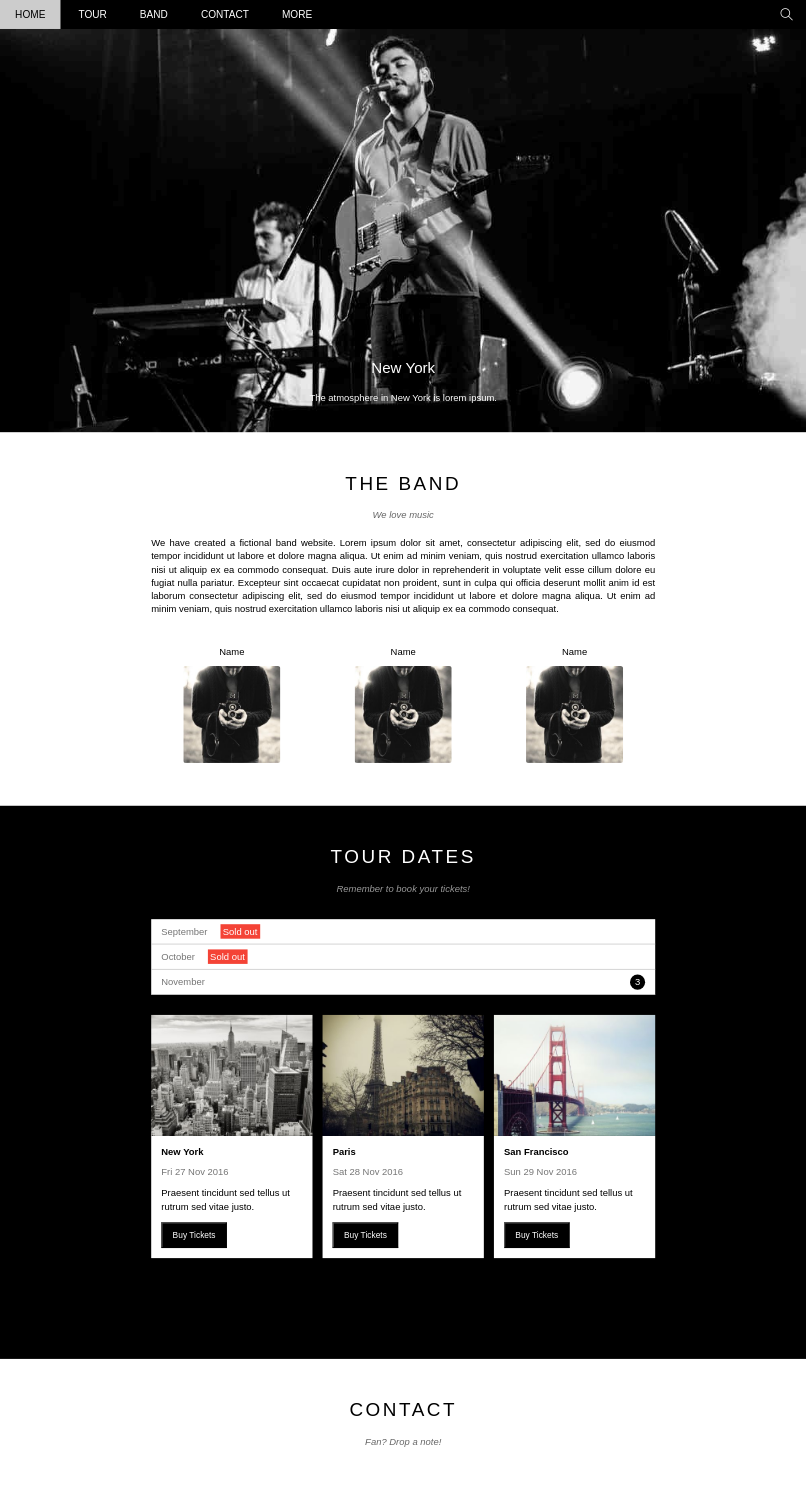
Repository: duyhung0311/band_music
Page: index.html
The author's editor kept a copy of each file at every save. The page is drawn from the files as they stood at one save, then again after the next save.
The browser window is 1280 px wide. The pictures show the whole page, at 63% of full size.

Above is the page before, as saved 2021-08-15 11:50:44.

### index.html
<!DOCTYPE html>
<html lang="en">
  <head>
    <meta charset="UTF-8" />
    <meta http-equiv="X-UA-Compatible" content="IE=edge" />
    <meta name="viewport" content="width=device-width, initial-scale=1.0" />
    <title>Document</title>
    <link rel="stylesheet" href="assets/css/style.css" />
    <link
      rel="stylesheet"
      href="./assets/fonts/themify-icons/themify-icons.css"
    />
  </head>
  <body>
    <div id="main">
      <div id="header">
        <!--#ul>li*5>a  -->
        <!-- Begin : Nav -->
        <ul id="nav">
          <li><a href="">Home</a></li>
          <li><a href="">Tour</a></li>
          <li><a href="">Band</a></li>
          <li><a href="">Contact</a></li>
          <li>
            <a href="">
              More
              <i class="nav-arrow-down ti-angle-dow"></i>
            </a>
            <ul class="subnav">
              <li><a href="">Merchandise</a></li>
              <li><a href="">Extras</a></li>
              <li><a href="">Media</a></li>
            </ul>
          </li>
        </ul>
        <!-- End : Nav -->

        <!-- Begin :Search button -->
        <div class="search-btn">
          <i class="search-icon ti-search"></i>
        </div>
        <!-- End :Search button -->
      </div>

      <div id="slider">
        <div class="text-content">
          <h2 class="text-heading">New York</h2>
          <div class="text-description">
            The atmosphere in New York is lorem ipsum.
          </div>
        </div>
      </div>

      <div id="content">
        <!-- About section -->
        <div class="content-section">
          <h2 class="section-heading">THE BAND</h2>
          <p class="section-sub-heading">We love music</p>
          <p class="about-content">
            We have created a fictional band website. Lorem ipsum dolor sit
            amet, consectetur adipiscing elit, sed do eiusmod tempor incididunt
            ut labore et dolore magna aliqua. Ut enim ad minim veniam, quis
            nostrud exercitation ullamco laboris nisi ut aliquip ex ea commodo
            consequat. Duis aute irure dolor in reprehenderit in voluptate velit
            esse cillum dolore eu fugiat nulla pariatur. Excepteur sint occaecat
            cupidatat non proident, sunt in culpa qui officia deserunt mollit
            anim id est laborum consectetur adipiscing elit, sed do eiusmod
            tempor incididunt ut labore et dolore magna aliqua. Ut enim ad minim
            veniam, quis nostrud exercitation ullamco laboris nisi ut aliquip ex
            ea commodo consequat.
          </p>

          <div class="row members-list">
            <div class="col col-third member-item">
              <p class="member-name">Name</p>
              <img
                src="./assets/img/ban/member1.jpg"
                alt=""
                class="member-avatar"
              />
            </div>

            <div class="col col-third member-item">
              <p class="member-name">Name</p>
              <img
                src="./assets/img/ban/member1.jpg"
                alt=""
                class="member-avatar"
              />
            </div>

            <div class="col col-third member-item">
              <p class="member-name">Name</p>
              <img
                src="./assets/img/ban/member1.jpg"
                alt=""
                class="member-avatar"
              />
            </div>

            <div class="clear"></div>
          </div>
        </div>

        <!-- Tour section -->
        <div class="tour-section">
          <div class="content-section">
            <h2 class="section-heading text-white">TOUR DATES</h2>
            <p class="section-sub-heading text-white">
              Remember to book your tickets!
            </p>

            <!-- Ticket list -->
            <ul class="ticket-list">
              <li>September <span class="sold-out">Sold out</span></li>
              <li>October <span class="sold-out">Sold out</span></li>
              <li>November <span class="quantity">3</span></li>
            </ul>

            <!-- Place list -->
            <div class="row places-list">
              <div class="col col-third">
                <img
                  src="./assets//img/place/place1.jpg"
                  alt="New York"
                  class="place-img"
                />
                <div class="place-body">
                  <h3 class="place-heading">New York</h3>
                  <p class="place-time">Fri 27 Nov 2016</p>
                  <p class="place-description">
                    Praesent tincidunt sed tellus ut rutrum sed vitae justo.
                  </p>
                  <button class="place-buy-btn js-buy-ticket">
                    Buy Tickets
                  </button>
                </div>
              </div>

              <div class="col col-third">
                <img
                  src="./assets//img/place/place2.jpg"
                  alt="Paris"
                  class="place-img"
                />
                <div class="place-body">
                  <h3 class="place-heading">Paris</h3>
                  <p class="place-time">Sat 28 Nov 2016</p>
                  <p class="place-description">
                    Praesent tincidunt sed tellus ut rutrum sed vitae justo.
                  </p>
                  <button class="place-buy-btn js-buy-ticket">
                    Buy Tickets
                  </button>
                </div>
              </div>
              <div class="col col-third">
                <img
                  src="./assets//img/place/place3.jpg"
                  alt="San Francisco"
                  class="place-img"
                />
                <div class="place-body">
                  <h3 class="place-heading">San Francisco</h3>
                  <p class="place-time">Sun 29 Nov 2016</p>
                  <p class="place-description">
                    Praesent tincidunt sed tellus ut rutrum sed vitae justo.
                  </p>
                  <button class="place-buy-btn js-buy-ticket">
                    Buy Tickets
                  </button>
                </div>
              </div>
              <div class="clear"></div>
            </div>
          </div>
        </div>

        <!-- Tour section -->
        <div class="content-section">
          <h2 class="section-heading">CONTACT</h2>
          <p class="section-sub-heading">Fan? Drop a note!</p>
        </div>
      </div>

      <div id="footer"></div>
    </div>
    <div class="modal js-modal">
      <div class="modal-container js-modal-container">
        <div class="modal-close js-modal-close">
          <i class="ti-close"></i>
        </div>
        <header class="modal-header">
          <i class="modal-heading-icon ti-bag"></i>
          Tickets
        </header>
        <div class="modal-body">
          <label for="ticket-quantity" class="modal-label">
            <i class="ti-shopping-cart"></i>
            Tickets, $15 per person
          </label>
          <input
            id="quantity"
            type="text"
            placeholder="How many?"
            class="modal-input"
          />

          <label for="email" class="modal-label">
            <i class="ti-user"></i>
            Send To
          </label>
          <input
            id="email"
            type="text"
            placeholder="Email"
            class="modal-input"
          />
          <button id="buy-tickets">Pay <i class="ti-check"></i></button>
        </div>
        <footer class="modal-footer">
          <p class="modal-help">Need <a href="">help?</a></p>
        </footer>
      </div>
    </div>
    <script>
      const buyBtns = document.querySelectorAll(".js-buy-ticket");
      const modal = document.querySelector(".modal");
      const modalClose = document.querySelector(".js-modal-close");
      const modalContainer = document.querySelector(".js-modal-container");
      // Hàm hiển thị modal
      function showBuyTickets() {
        modal.classList.add("open");
      }
      // Hàm ẩn đi modal mua vé
      function showCloseTickets() {
        modal.classList.remove("open");
      }
      for (const buyBtn of buyBtns) {
        buyBtn.addEventListener("click", showBuyTickets);
      }
      modalClose.addEventListener("click", showCloseTickets);
      modal.addEventListener("click", showCloseTickets);
      modalContainer.addEventListener("click", function (event) {
        event.stopPropagation();
      });
    </script>
  </body>
</html>

### assets/css/style.css
/*Reset CSS*/
* {
  padding: 0;
  margin: 0;
  box-sizing: border-box;
}
html {
  font-family: Arial, Helvetica, sans-serif;
}
/*
    1. Từ ngoài vào trong
    2. Từ trên xuống dưới
    3. Từ tổng quan đến chi tiết
*/
/*
    1. Vị trí
    2. Kích thước (width height)
    3. Màu sắc
    4. Kiểu dáng (kiểu chữ, hình tròn, vuông, ....)
*/
.clear{
    clear: both;
}

.text-white {
    color: #fff !important;
}

#main {
}
#header {
  position: fixed;
  top: 0;
  left: 0;
  right: 0;
  z-index: 1;
  height: 46px;
  background-color: #000;
}

#nav {
  display: inline-block;
}

/* cách bỏ dấu chấm đầu dòng của thằng ul */
#nav,
.subnav {
  list-style-type: none;
}

#nav > li {
  display: inline-block;
}
#nav li {
  /* inline là trên 1 hàng block giữ lại kích thước khối */
  position: relative;
}

#nav > li > a {
  color: #fff;
  text-transform: uppercase;
}

#nav li a {
  text-decoration: none;
  line-height: 46px;
  padding: 0 24px;
  display: block;
  /* inline k tính chiều cao và chiều rộng được */
}

#nav li:hover .subnav {
  display: block;
}

#nav > li:hover > a,
#nav .subnav li:hover a {
  color: #000;
  background-color: #ccc;
}

#nav .subnav {
  display: none;
  min-width: 160px;
  position: absolute;
  top: 100%;
  /* top = 100% là nó lấy chính chiều cao
    100% của chính nó */
  left: 0;
  background-color: #fff;
  box-shadow: 0 0 10px rgba(0, 0, 0, 0.3);
}

#nav .subnav a {
  color: #000;
  padding: 0 12px;
  line-height: 38px;
}

#nav .nav-arrow-down {
  font-size: 14px;
}

#header .search-btn {
  float: right;
  padding: 0 21px;
  cursor: pointer;
}

#header .search-btn:hover {
  background-color: #f44336;
}

#header .search-icon {
  color: #fff;
  font-size: 20px;
  line-height: 46px;
}

#slider {
    position: relative;
    margin-top: 46px;
    padding-top: 50%;
    background:url('./../img/slider/slider1.jpg') top center / cover no-repeat;
}
#slider .text-content   {
    position: absolute;
    bottom: 46px;
    left: 50%;
    color: #fff;
    transform: translateX(-50%);
    text-align: center;
}

#slider .text-heading   {
    font-weight: 500;
    font-size: 24px;
}

#slider .text-description   {
    font-size: 15px;
    margin-top: 25px;
}

#content {

}

#content .content-section{
    width: 800px;
    margin: 0 auto;
    padding: 64px 0;
}

#content .section-heading {
    font-size: 30px;
    font-weight: 500;
    letter-spacing: 4px;
}

#content .section-sub-heading,
#content .about-content {
    margin-top: 25px;
    font-size: 15px;
}

#content .section-heading,
#content .section-sub-heading {
    text-align: center;
}

#content .section-sub-heading {
    font-style: italic;
    opacity: 0.6;
}

#content .about-content {
    text-align: justify;
    line-height: 1.4;
}

#content .members-list {
    margin-top: 48px;
    /* overflow: hidden; */
}

#content .member-item {
    text-align: center;
}

#content .member-name {
    font-size: 15px;
}

#content .member-avatar {
    width: 154px;
    margin-top:15px;
    border-radius: 4px;
}
/* Tour section */
.tour-section {
    background: #000;
}

.ticket-list li {
    color: #757575;
    font-size: 15px;
    padding: 11px 16px;
    border-bottom: 1px solid #bbb;
    list-style-type: none;
}

.ticket-list {
    background:#fff;
    margin-top: 40px;
}


.ticket-list .sold-out {
    color: #fff;
    background: #f44336;
    padding: 3px 4px;
    margin-left: 16px;
}

.ticket-list .quantity {
    float: right;
    margin-top: -3px;
    width: 24px;
    height: 24px;
    background:#000;
    color: #fff;
    border-radius: 50%;
    text-align: center;
    line-height: 24px;
}
.places-list{
    margin-top: 32px;
    margin-bottom: 48px;
    padding-bottom: 48px;
}

/* .places-list .place-item{ */
    /* float: left;
    padding: 0 8px; */
    /* width: calc(100%/3); */
/* } */
.places-list .place-img{
    width: 100%;
    display: block;
}
.places-list .place-img:hover{
    opacity: 0.6;
}
.places-list .place-body{
    padding: 16px;
    background-color: #fff;
    font-size: 15px;
}
.place-body .place-heading{
    font-size: 15px;
    font-weight:600;
}
.place-body .place-time{
    margin-top: 15px;
    color: #757575;
}
.place-body .place-description{
    margin-top: 15px;
    line-height: 1.4;
}
.place-body .place-buy-btn{
    color: #fff;
    background :#000;
    text-decoration: none;
    padding:11px 16px;
    display: inline-block;
    margin-top: 15px;
}
.place-body .place-buy-btn:hover{
    color: #000;
    background: #ccc;
}
/* Footer section */
#footer {
}
.modal{
    position: fixed;
    top: 0;
    bottom: 0;
    left: 0;
    right: 0;
    background: rgba(0,0,0,0.3);
    display: none;
    align-items: center;
    justify-content: center;
}
.modal.open {
    display: flex;
}
.modal .modal-container {
    background: #fff;
    width: 900px;
    min-height: 200px;
    max-width: calc(100% - 32px);
    animation: modalFadeIn ease-in .5s;
}
.modal .modal-header{
    background: #009688;
    height: 130px;
    display: flex;
    align-items: center;
    justify-content: center;
    font-size: 30px;
    color: #fff;
}
.modal-header .modal-heading-icon {
    margin-right: 16px;
}
.modal .modal-container {
    position: relative;
}
.modal-container .modal-close {
    position: absolute;
    top: 0;
    right: 0;
    padding: 12px;
    cursor: pointer;
    opacity: 0.9;
}
.modal-container .modal-close:hover {
    opacity: 1;
}
.modal-container .modal-body {
    padding: 16px;
}
.modal-body .modal-label {
    display: block;
    font-size: 15px;
    margin-bottom: 12px;
}
.modal-body .modal-input {
    border:1px solid #ccc;
    width: 100%;
    padding: 10px;
    font-size: 15px;
    margin-bottom: 24px;
}
.modal-body #buy-tickets{
      background: #009688;
      border: none;
      color:#fff;
      width: 100%;
      text-transform: uppercase;
      padding:18px;
      cursor: pointer;
}
.modal-body #buy-tickets:hover {
    opacity: 0.9;
}
.modal-footer{
    padding: 16px;
    text-align: right;
}
.modal-footer a {
    color: #2196f3;
}
.row {
    margin-left: -8px;
    margin-right: -8px;
}
.col {
    padding-left: 8px;
    padding-right: 8px;
    float: left;
}
.col-third {
    width:calc(100% / 3)
}
.col-half {
    width:50%;
}
@keyframes modalFadeIn {
    from {
        transform: translateY(-140px);
        opacity: 0;
    }
    to {
        transform: translateY(0);
        opacity: 1;
    }
}

Loaded but not shown: assets/fonts/themify-icons/themify-icons.css (common file)

After the next save:
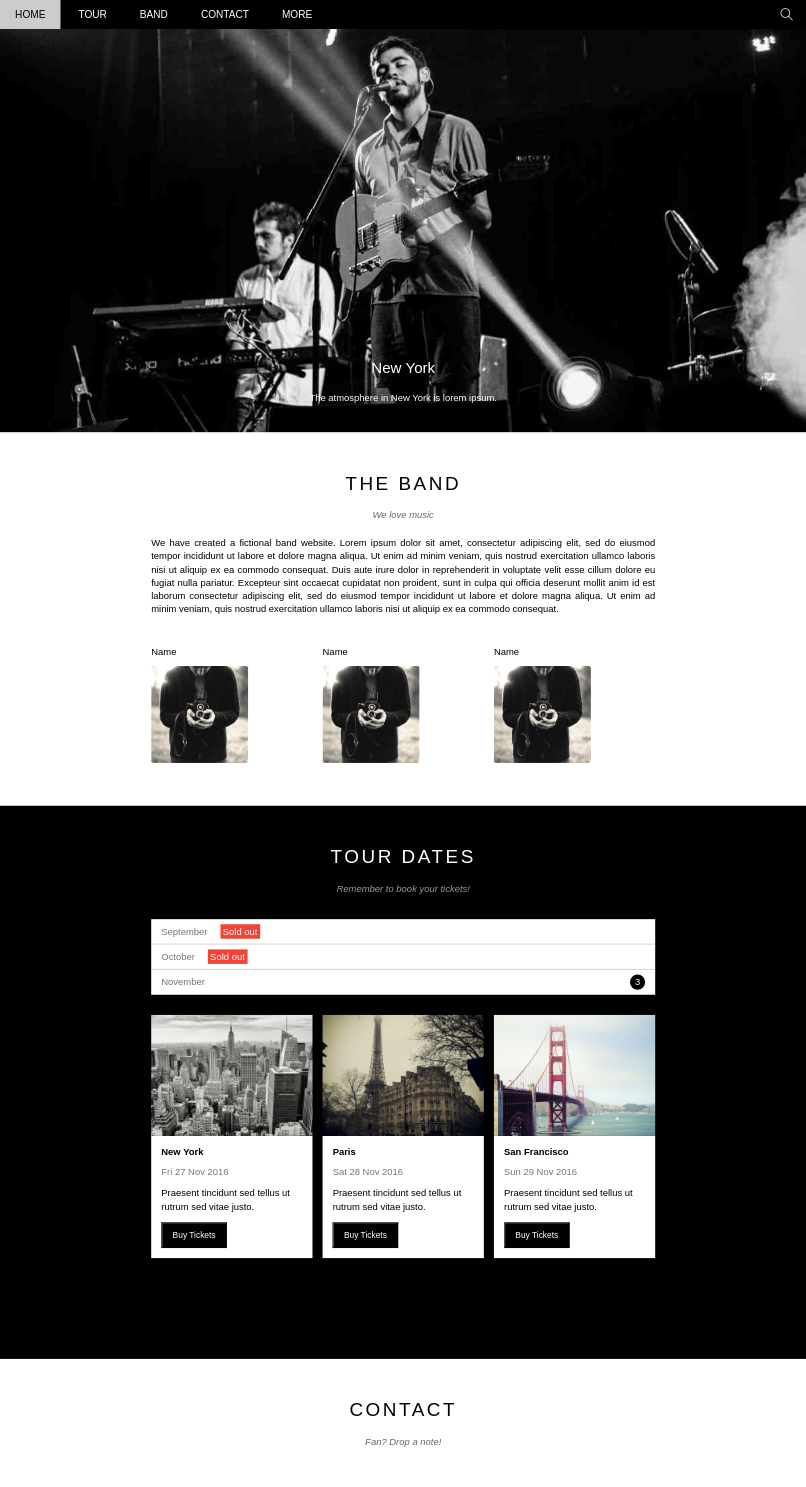
Saved 38 s later.
--- a/index.html
+++ b/index.html
@@ -71,7 +71,7 @@
           </p>
 
           <div class="row members-list">
-            <div class="col col-third member-item">
+            <div class="col col-third text-content">
               <p class="member-name">Name</p>
               <img
                 src="./assets/img/ban/member1.jpg"
@@ -80,7 +80,7 @@
               />
             </div>
 
-            <div class="col col-third member-item">
+            <div class="col col-third text-content">
               <p class="member-name">Name</p>
               <img
                 src="./assets/img/ban/member1.jpg"
@@ -89,7 +89,7 @@
               />
             </div>
 
-            <div class="col col-third member-item">
+            <div class="col col-third text-content">
               <p class="member-name">Name</p>
               <img
                 src="./assets/img/ban/member1.jpg"

After the 2 saves that followed:
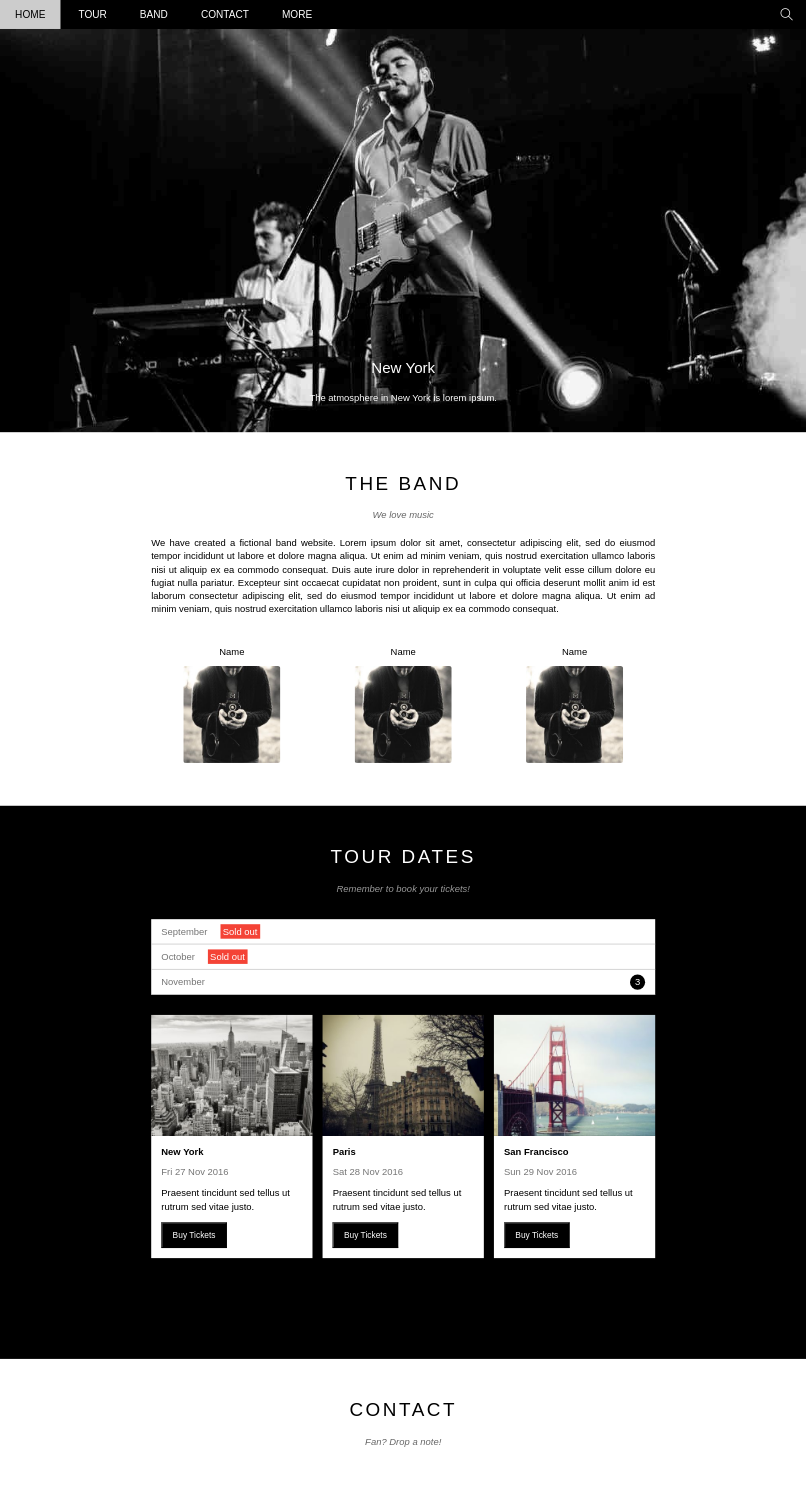
The 2 saves are shown as one change because 1 left the picture as it was.
The last was saved 103 s later.
--- a/index.html
+++ b/index.html
@@ -71,7 +71,7 @@
           </p>
 
           <div class="row members-list">
-            <div class="col col-third text-content">
+            <div class="col col-third text-center">
               <p class="member-name">Name</p>
               <img
                 src="./assets/img/ban/member1.jpg"
@@ -80,7 +80,7 @@
               />
             </div>
 
-            <div class="col col-third text-content">
+            <div class="col col-third text-center">
               <p class="member-name">Name</p>
               <img
                 src="./assets/img/ban/member1.jpg"
@@ -89,7 +89,7 @@
               />
             </div>
 
-            <div class="col col-third text-content">
+            <div class="col col-third text-center">
               <p class="member-name">Name</p>
               <img
                 src="./assets/img/ban/member1.jpg"
--- a/assets/css/style.css
+++ b/assets/css/style.css
@@ -21,7 +21,9 @@ html {
 .clear{
     clear: both;
 }
-
+.text-center {
+    text-align: center !important;
+}
 .text-white {
     color: #fff !important;
 }
